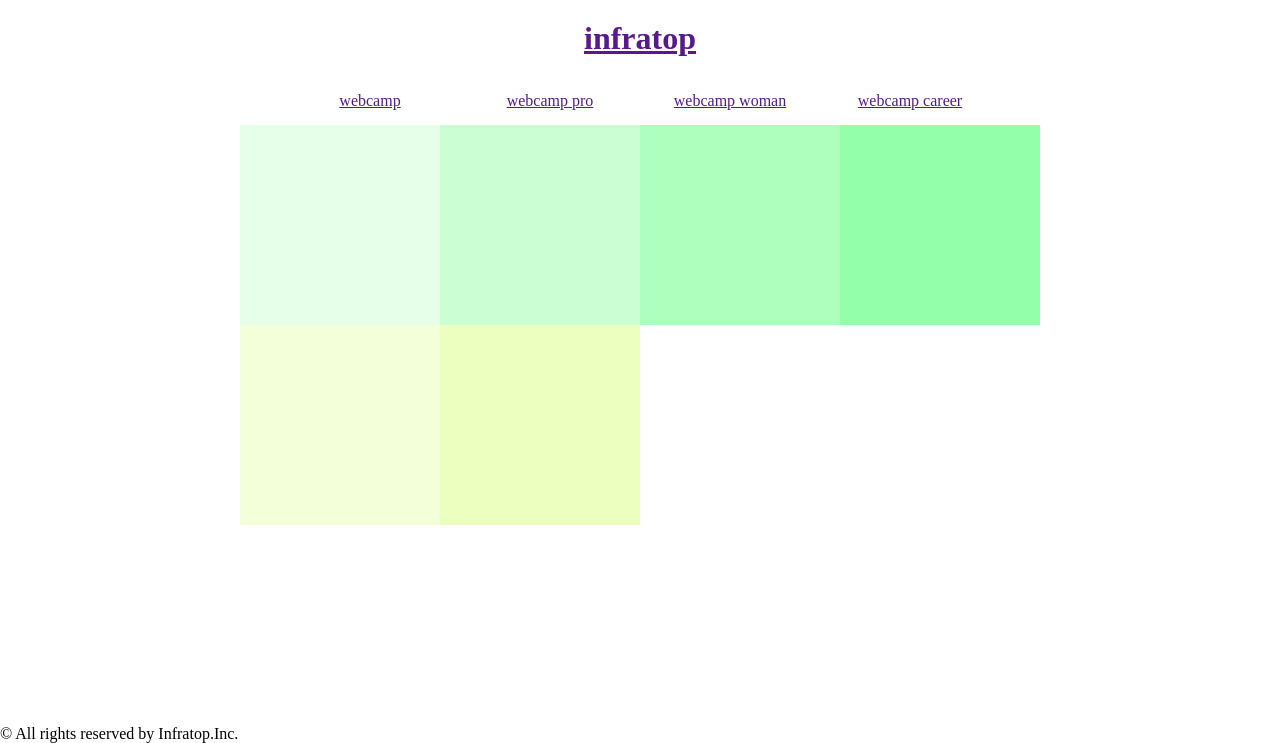
Repository: sutanuki/webcamp
Page: html,css/c5/index.html
The author's editor kept a record of every edit. The page is drawn from the files as they stood at one moment, then again after the next edit.
The browser window is 1280 px wide. The pictures show the whole page.

Above is the page before.

After the next edit:
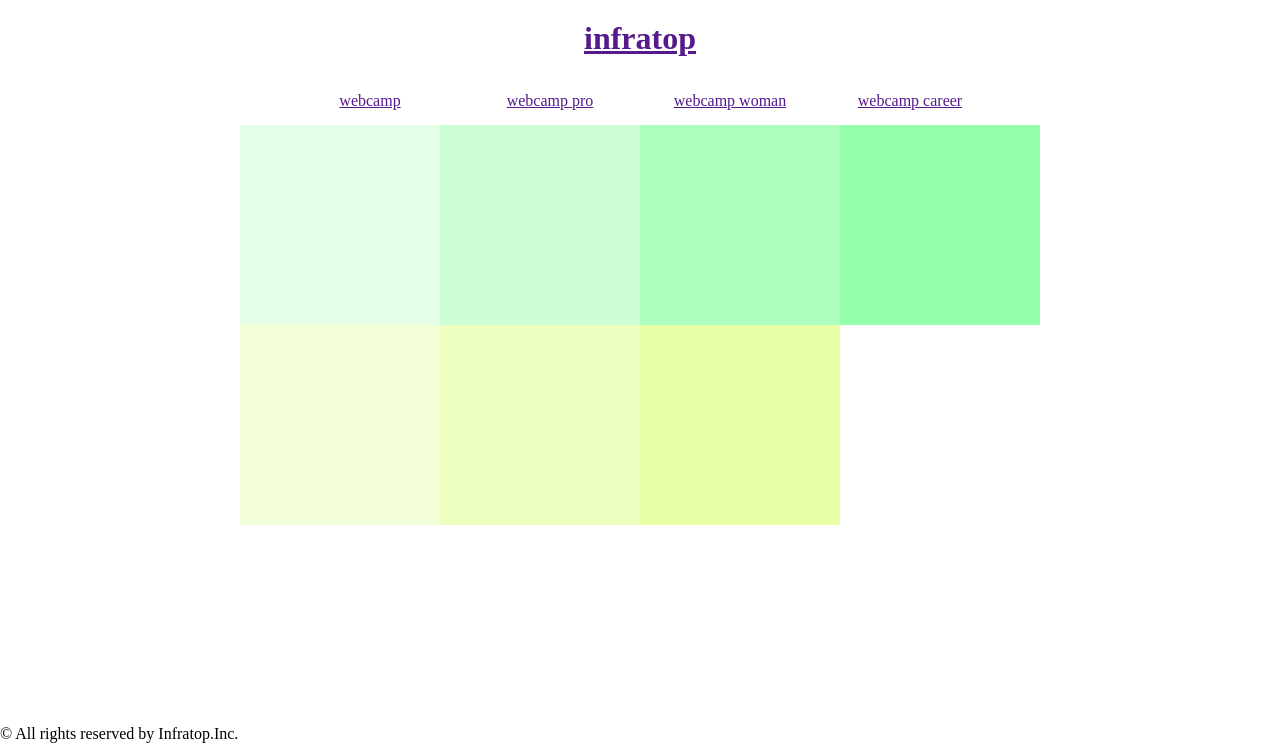
The edit:
--- a/html,css/c5/style.css
+++ b/html,css/c5/style.css
@@ -51,7 +51,7 @@
   background-color: #edffbe;
 }
 .box7{
-  background-color: ;
+  background-color: #e9ffa5;
 }
 .box8{
   background-color: ;
